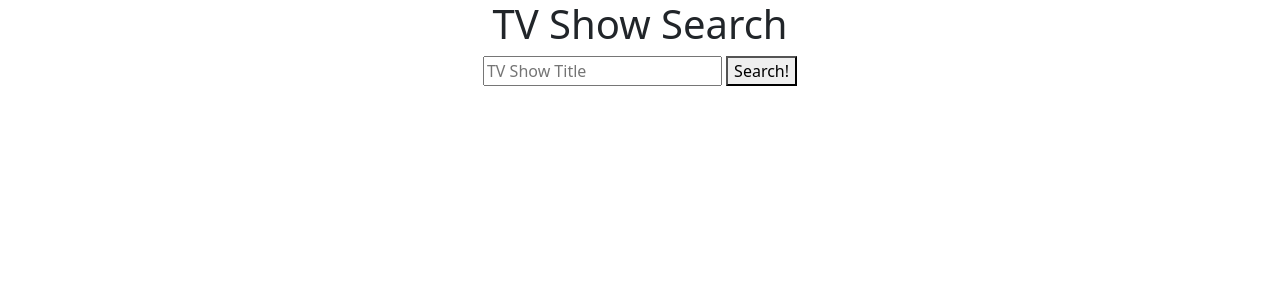
Repository: danieltikamori/wdb
Page: projects/TV-Show-search-app/index.html
An editor plug-in stored every save of this project. The page is shown before and after a run of saves, followed by the edit.
The browser window is 1280 px wide. The pictures show the whole page.
Some web libraries are served in a nearby version.

Above is the page before, as saved 2023-01-28 15:10:22.

After the next 2 saves:
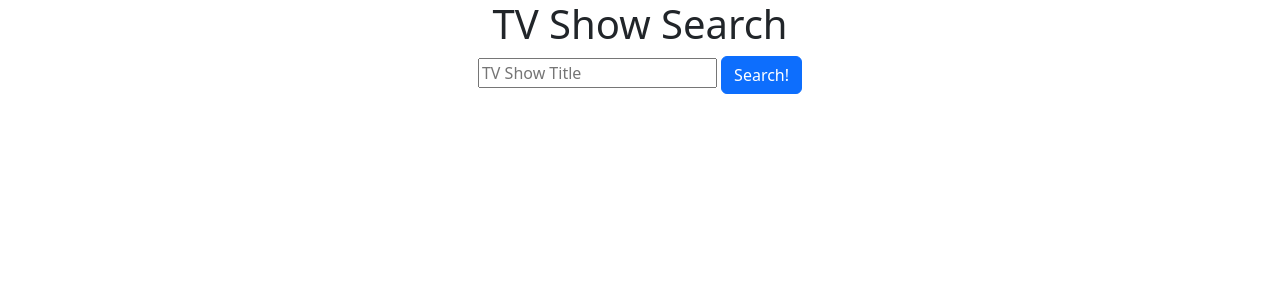
The 2 saves are shown as one change because they came seconds apart.
The last was saved 6 min 16 s later.
--- a/projects/TV-Show-search-app/index.html
+++ b/projects/TV-Show-search-app/index.html
@@ -18,7 +18,7 @@
       <div class="btn-group">
         <form action="" id="searchForm">
           <input type="text" name="query" id="" placeholder="TV Show Title" />
-          <button>Search!</button>
+          <button class="btn btn-primary">Search!</button>
         </form>
       </div>
     </div>
